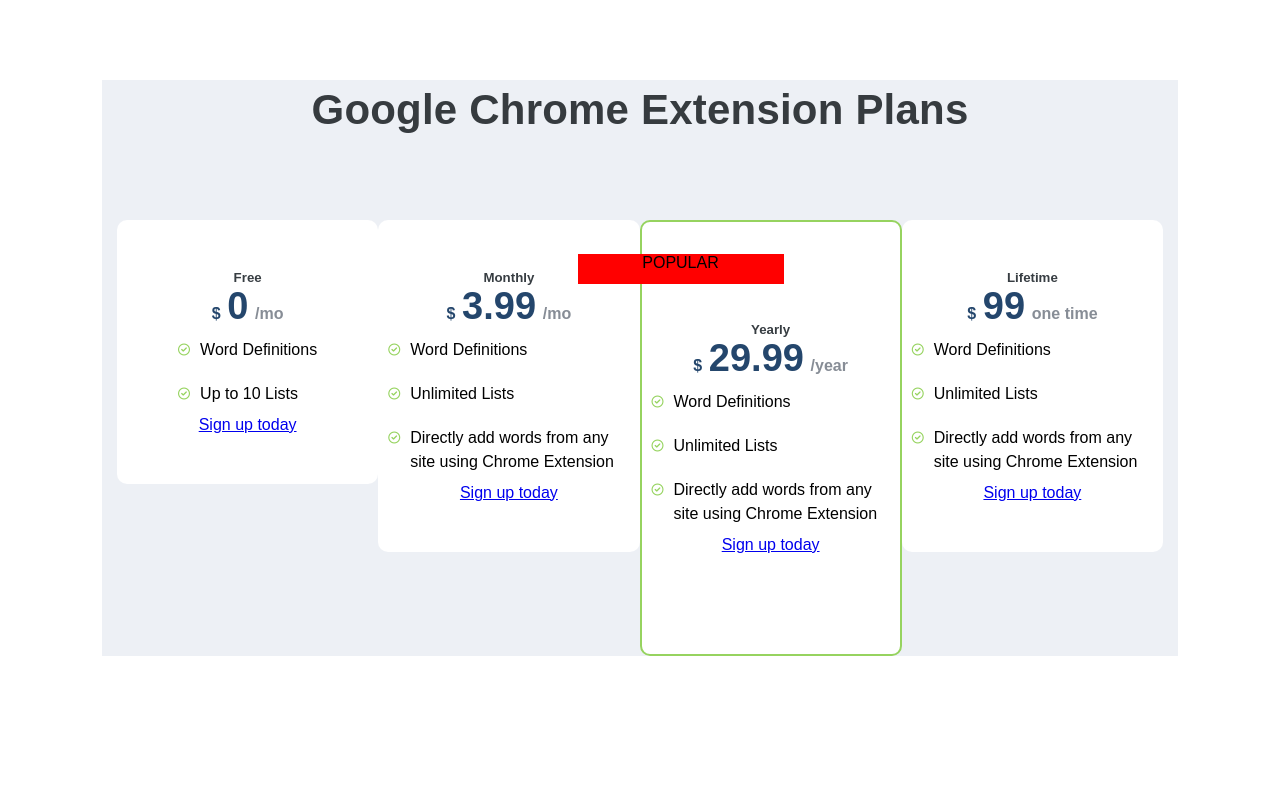
Repository: Novoselets28/chatos-test-task
Page: index.html
These files come from the project's save history. The page is drawn as it stood at one moment and after the next save; the edit follows.
The browser window is 1280 px wide. The pictures show the whole page.

Above is the page before, as saved 2023-04-19 19:52:09.

### index.html
<!DOCTYPE html>
<html lang="en">
<head>
    <meta charset="UTF-8">
    <meta http-equiv="X-UA-Compatible" content="IE=edge">
    <meta name="viewport" content="width=device-width, initial-scale=1.0">
    <link rel="stylesheet" type="text/css" href="index.css" />
    <link rel="stylesheet" href="https://cdnjs.cloudflare.com/ajax/libs/font-awesome/6.0.0/css/all.min.css">
    <link rel="preconnect" href="https://fonts.googleapis.com">
    <link rel="preconnect" href="https://fonts.gstatic.com" crossorigin>
    <link href="https://fonts.googleapis.com/css2?family=Arimo:wght@400;700&family=Rubik&display=swap" rel="stylesheet">
    <title>Document</title>
</head>
<body>
    <div class="page__extension extension">
        <div class="extension__container _container">
            <div class="extension__header header-block">
                <h2 class="header-block__title">Google Chrome Extension Plans</h2>
            </div>
            <div class="extension__items">
                <!-- Modern pricing table - Free -->
                <div class="extension__item item-extension">
                        <h5 class="item-extension__title">Free</h5>
                        <div class="item-extension__price price-item">
                            <span class="price-item__dollar">$</span>
                            <span class="price-item__number">0</span>
                            <span class="price-item__label">/mo</span>
                        </div>
                        <div class="item-extension__points">
                            <ul class="item-extension__point point-list">
                                <li class="point-list__item">
                                    <i class="icon fa-regular fa-circle-check" style="color: #96d35f;"></i>
                                        Word Definitions
                                </li>
                                <li class="point-list__item">
                                    <i class="icon fa-regular fa-circle-check" style="color: #96d35f;"></i>
                                        Up to 10 Lists
                                </li>
                            </ul>
                        </div>
                        <a href="https://boostvocab.com/register" class="item-extension__button">Sign up today</a>
                </div>
                <!-- END : Modern pricing table - Free -->
                <!-- Modern pricing table - MOnthly -->
                <div class="extension__item item-extension">
                        <h5 class="item-extension__title">Monthly</h5>
                        <div class="item-extension__price price-item">
                            <span class="price-item__dollar">$</span>
                            <span class="price-item__number">3.99</span>
                            <span class="price-item__label">/mo</span>
                        </div>
                        <div class="item-extension__points">
                            <ul class="item-extension__point point-list">
                                <li class="point-list__item">
                                    <i class="icon fa-regular fa-circle-check" style="color: #96d35f;"></i>
                                        Word Definitions
                                </li>
                                <li class="point-list__item">
                                    <i class="icon fa-regular fa-circle-check" style="color: #96d35f;"></i>
                                        Unlimited Lists
                                </li>
                                <li class="point-list__item">
                                    <i class="icon fa-regular fa-circle-check" style="color: #96d35f;"></i>
                                        Directly add words from any site using Chrome Extension
                                </li>
                            </ul>
                        </div>
                        <a target="new" href="https://buy.stripe.com/5kAdRpbLh3k71RS6oo" class="item-extension__button">Sign up today</a>
                </div>
                <!-- END : Modern pricing table - Monthly -->
                <!-- Modern pricing table - Yearly -->
                <div class="extension__item item-extension item-extension_active" style="z-index: 2;">
                        <div class="ribbon"><span>POPULAR</span></div>
                        <div class="extension__item item-extension">
                            <h5 class="item-extension__title">Yearly</h5>
                            <div class="item-extension__price price-item">
                                <span class="price-item__dollar">$</span>
                                <span class="price-item__number">29.99</span>
                                <span class="price-item__label">/year</span>
                            </div>
                            <div class="item-extension__points">
                               <ul class="item-extension__point point-list">
                                    <li class="point-list__item">
                                        <i class="icon fa-regular fa-circle-check" style="color: #96d35f;"></i>
                                            Word Definitions
                                    </li>
                                    <li class="point-list__item">
                                        <i class="icon fa-regular fa-circle-check" style="color: #96d35f;"></i>
                                            Unlimited Lists
                                    </li>
                                    <li class="point-list__item">
                                        <i class="icon fa-regular fa-circle-check" style="color: #96d35f;"></i>
                                            Directly add words from any site using Chrome Extension
                                    </li>
                                </ul>
                            </div>
                            <a target="new" href="https://buy.stripe.com/aEU6oX3eL6wjdAA7st" class="item-extension__button">Sign up today</a>
                        </div>
                </div>
                <!-- END : Modern pricing table - Yearly -->
                <!-- Modern pricing table - Lifetime -->
                <div class="extension__item item-extension">
                        <h5 class="item-extension__title">Lifetime</h5>
                        <div class="item-extension__price price-item">
                            <span class="price-item__dollar">$</span>
                            <span class="price-item__number">99</span>
                            <span class="price-item__label">one time</span>
                        </div>
                        <div class="item-extension__points">
                            <ul class="item-extension__point point-list">
                                <li class="point-list__item">
                                    <i class="icon fa-regular fa-circle-check" style="color: #96d35f;"></i>
                                        Word Definitions
                                </li>
                                <li class="point-list__item">
                                    <i class="icon fa-regular fa-circle-check" style="color: #96d35f;"></i>
                                        Unlimited Lists
                                </li>
                                <li class="point-list__item">
                                    <i class="icon fa-regular fa-circle-check" style="color: #96d35f;"></i>
                                        Directly add words from any site using Chrome Extension
                                </li>
                            </ul>
                        </div>
                        <a target="new" href="https://buy.stripe.com/4gwfZxbLh8Er54428a" class="item-extension__button">Sign up today</a>
                    <!-- END : Modern pricing table - Lifetime -->

                </div>
            </div>
        </div>
    </div>
</body>
</html>

### index.css
*{
    margin: 0;
    padding: 0;
    box-sizing: border-box;
}

.page__extension {

}

.extension{
    padding: 80px 0px 136px 0px;
}

.extension__container{
    background-color: #edf0f5;
}

._container{
    max-width: 1046px;
    padding: 0 15px;
    margin: 0 auto;
    box-sizing: content-box;
    font-family: 'Arimo', sans-serif;
}

.extension__header{
    margin: 0 0 80px 0;
}

.header-block{
    text-align: center;
}

.header-block__title{
    font-size: 42px;
    letter-spacing: 0.2px;
    font-weight: 700;
    line-height: 142%;
    color: #363b3f;
}

.extension__items{
    display: flex;
    align-items: flex-start;
    font-family: inherit;
}

.extension__item{
    flex: 0 1 33.333%;
}

.item-extension{
    display: flex;
    flex-direction: column;
    justify-content: center;
    align-items: center;
    background-color: #fff;
    padding: 50px 0;
    border-radius: 10px;
}

.item-extension_active{
    border: 2px solid #96d35f;
    left: 0px;
    position: relative;
    top: 0px;
}

.ribbon {
    /* Позиционирование ленты */
    left: -64px;
    position: absolute;
    top: 32px;

    /* Размеры ленты */
    height: 30px;
    width: 206px;

    /* Цвет фона */
    background-color: red;

    /* Текст по центру */
    text-align: center;
}

.item-extension__title{
    color: #373d42;
}

.item-extension__price{
    color: #24466c;
}

.price-item{
    margin: 0;
    font-size: 24px;
    font-family: 'Poppins', sans-serif;
    font-weight: bold;
}

.price-item__dollar{
    font-size: 16px;
}

.price-item__number{
    text-transform: uppercase;
    font-size: 38px;
}

.price-item__label{
    color: #878d96;
    font-size: 16px;
}

.item-extension__points{
    display: flex;
    flex-direction: column;
    justify-content: center;
    align-items: center;
    margin: 0 10px;
}

.item-extension__point{
    color: inherit;
    font-weight: 400;
    line-height: 150%;
    font-size: 16px;
    display: flex;
    flex-direction: column;
    justify-content: space-around;
    align-items: center;
}

.point-list{

}

.point-list__item .icon{
    content: "f058";
    font-family: "Font Awesome 6 Free";
    font-size: 12px;
    line-height: 2;
    padding: 0 10px 0 0;
}

.point-list__item{
    list-style-type: none;
    display: flex;
    justify-content: flex-start;
    width: 100%;
    padding: 10px 0;
}

.point-list__icon{

}

.item-extension__button{

}

After the next save:
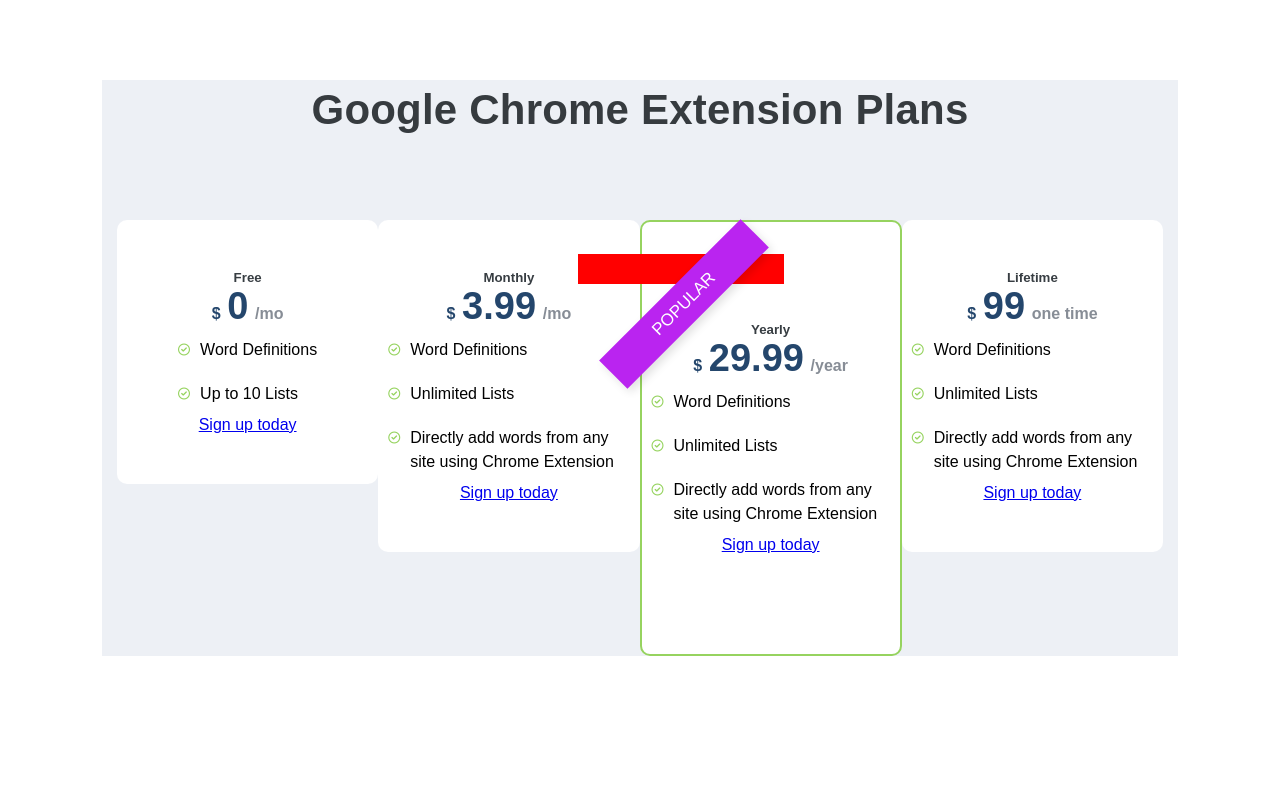
Saved 2 min 0 s later.
--- a/index.css
+++ b/index.css
@@ -84,6 +84,20 @@
     text-align: center;
 }
 
+.ribbon span {
+    position: absolute;
+  top:30px;
+  right: 0;
+  transform: rotate(-45deg);
+  width: 200px;
+  background: #ba24f0;
+  padding: 10px 0;
+  color: #fff;
+  text-align: center;
+  font-size: 17px;
+  box-shadow: 0 5px 10px rgba(0,0,0,0.12);
+}
+
 .item-extension__title{
     color: #373d42;
 }
